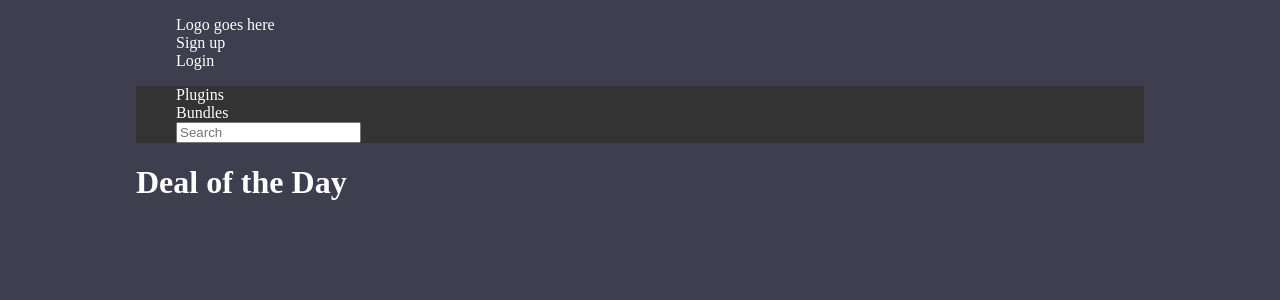
Repository: jigom11791/Wavez
Page: Wavez/Waves-Site/index.html
These files come from the project's save history. The page is drawn as it stood at one moment and after the next save; the edit follows.
The browser window is 1280 px wide. The pictures show the whole page.

Above is the page before, as saved 2020-10-30 17:33:34.

### Wavez/Waves-Site/index.html
<!DOCTYPE html>
<html>
<head>
    <title>Waves Price Tracker</title>
    <link rel="stylesheet" href="style.css">
</head>
<body>
    <div id="container">

        <div id="header">
            <ul>
                <li class="left">Logo goes here</li>
                <li class="left">Sign up</li>
                <li class="right">Login</li>
            </ul>
        </div>
        <div id="top-nav">
            <ul id="nav-bar">
                <li class="left">Plugins</li>
                <li class="left">Bundles</li>
                <li class="right"><input type="text" placeholder="Search"></li>
            </ul>
        </div>
        <div id="content">
            <h1>Deal of the Day</h1>
        </div>

    </div>
</body>
</html>

### Wavez/Waves-Site/style.css
@import url('https://fonts.googleapis.com/css2?family=Noto+Sans&family=Noto+Sans+JP&display=swap');
@import url('https://fonts.googleapis.com/css2?family=Noto+Sans&display=swap');

body {
    background-color: #3e3e4f;
    color: white;
    font-style: "Noto sans JP", sans-serif;
    padding: 0% 10%;
}

li{
    list-style-type: none;
    margin: 0;
    padding: 0;
    overflow: hidden;
}
#top-nav {
    background-color: #333;
    width: 100%;
}

After the next save:
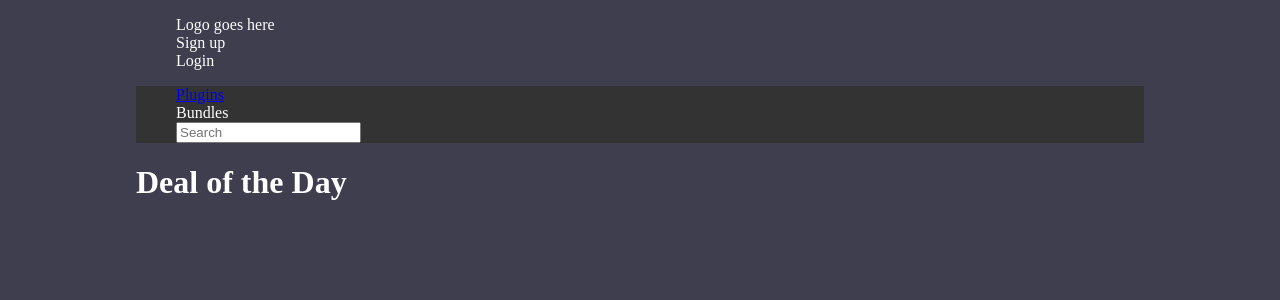
Saved 3 min 18 s later.
--- a/Wavez/Waves-Site/index.html
+++ b/Wavez/Waves-Site/index.html
@@ -16,7 +16,7 @@
         </div>
         <div id="top-nav">
             <ul id="nav-bar">
-                <li class="left">Plugins</li>
+                <li class="left"><a href="#">Plugins</a></li>
                 <li class="left">Bundles</li>
                 <li class="right"><input type="text" placeholder="Search"></li>
             </ul>
